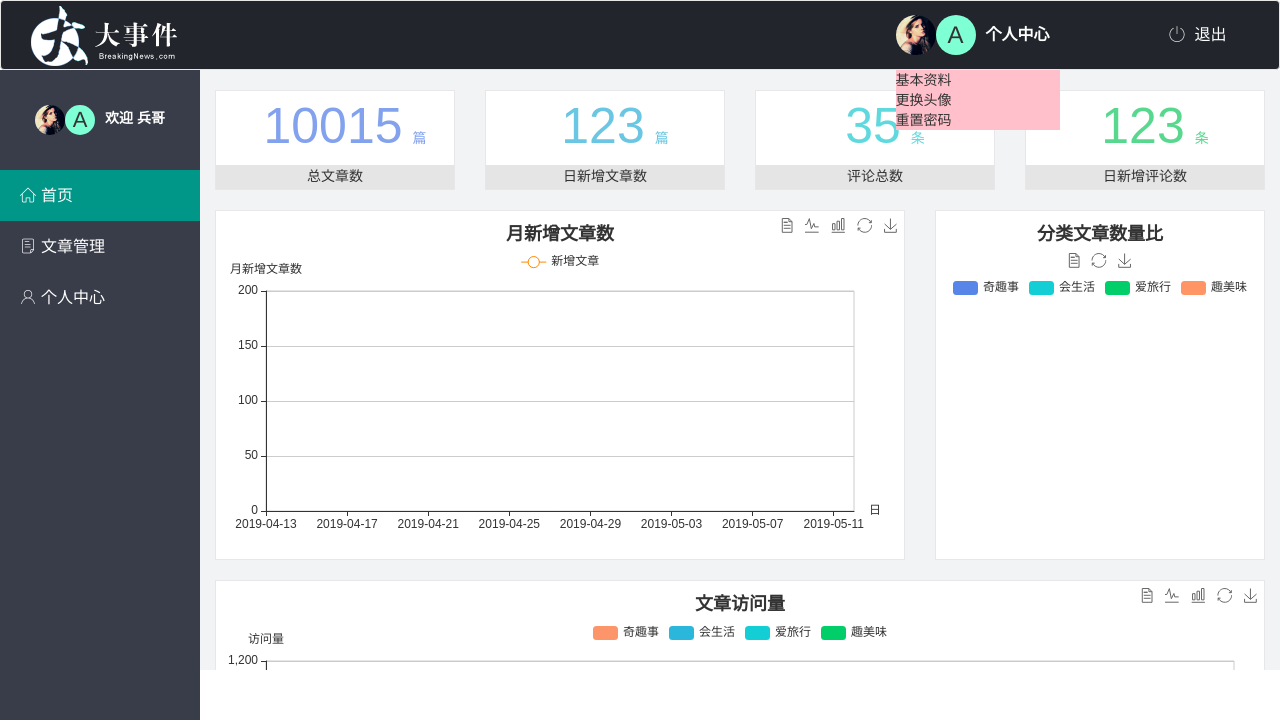
Repository: pursuit-YHP/project_dashijian
Page: index.html
These files come from the project's save history. The page is drawn as it stood at one moment and after the next save; the edit follows.
The browser window is 1280 px wide. The pictures show the whole page.
The style sheet was rebuilt from its Sass, Less or Tailwind sources for each picture, by a compiler version that may differ from the author's.

Above is the page before, as saved 2022-03-13 21:23:13.

After the next save:
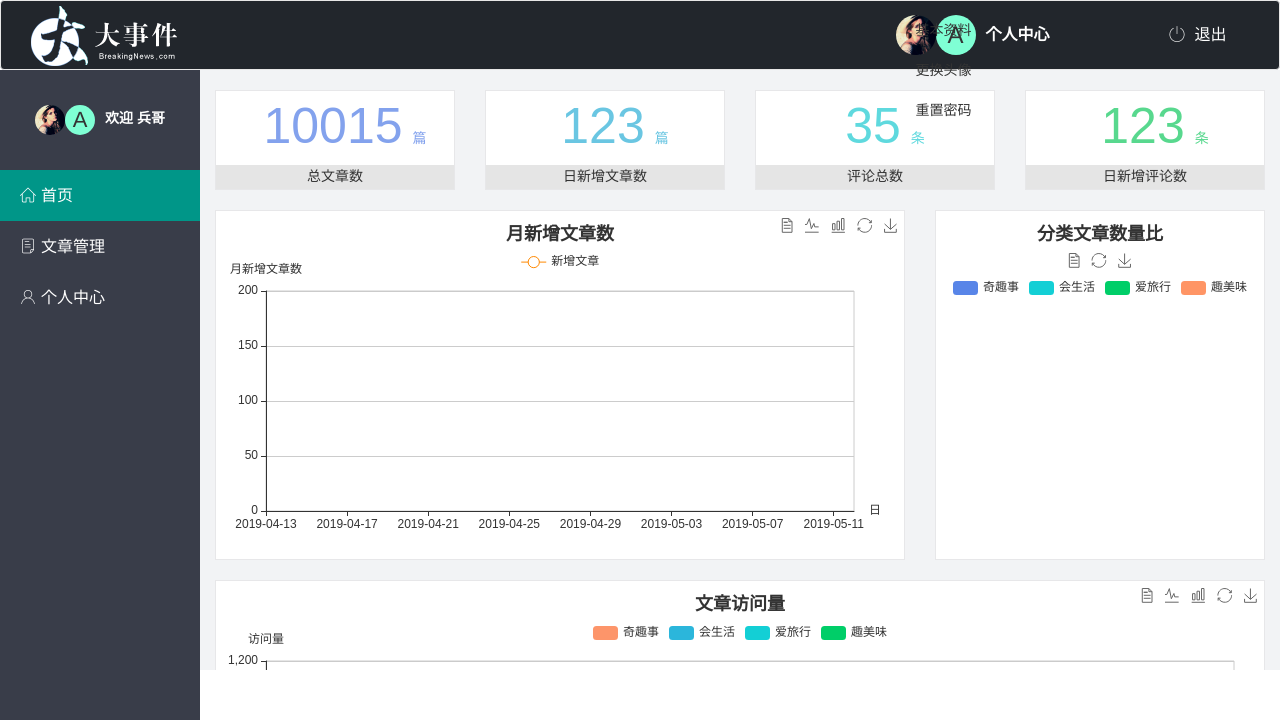
Saved 18 s later.
--- a/assets/css/index.less
+++ b/assets/css/index.less
@@ -56,11 +56,14 @@ a:active {
     display: flex;
     align-items: center;
     ul{
-        background-color: pink;
+
         position: absolute;
         bottom: -75px;
         z-index: 99;
         width: 60%;
+        li{
+            padding: 10px 20px;
+        }
     }
 }
 .touxiang{
